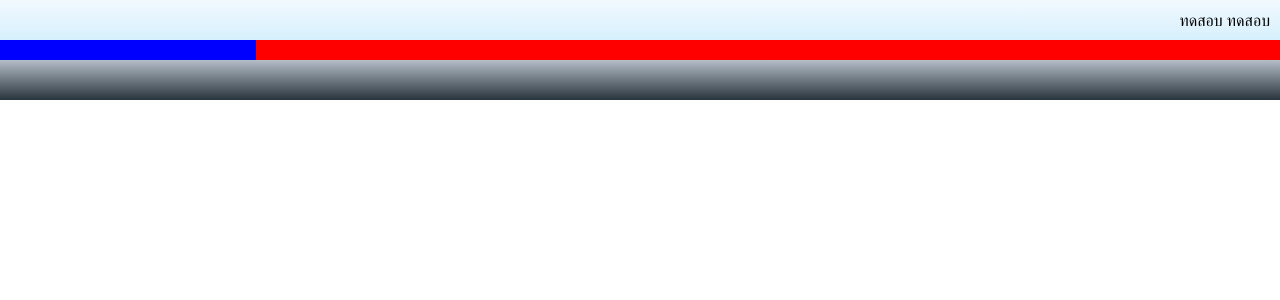
Repository: pleanoma/TooDoo
Page: http://localhost/TooDoo/Home.jsp
The author's editor kept a copy of each file at every save. The page is drawn from the files as they stood at one save, then again after the next save.
The browser window is 1280 px wide. The pictures show the whole page.
The page is served by Tomcat 9.

Above is the page before, as saved 2013-11-27 08:17:36.

After the next save:
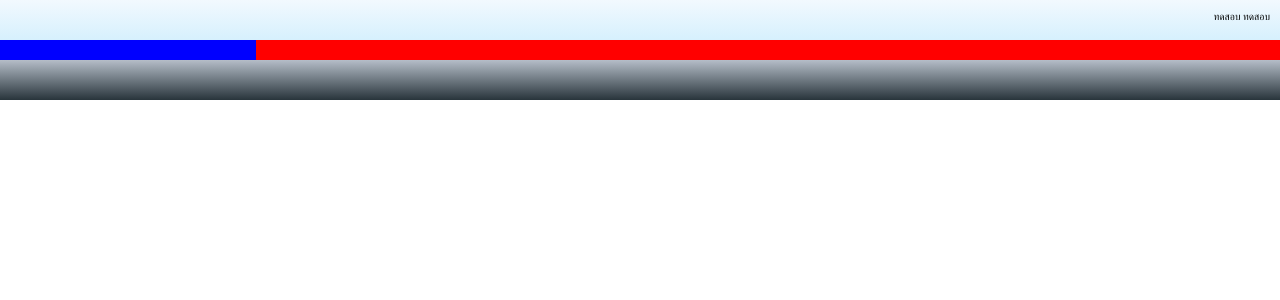
Saved 25 s later.
--- a/TooDoo/WebContent/css/style.css
+++ b/TooDoo/WebContent/css/style.css
@@ -26,6 +26,7 @@ html, body {
 #header .userdetail {
 	float: right;
 	padding: 10px;
+	font-size: 10px;
 }
 #content .article {
 	float: right;
